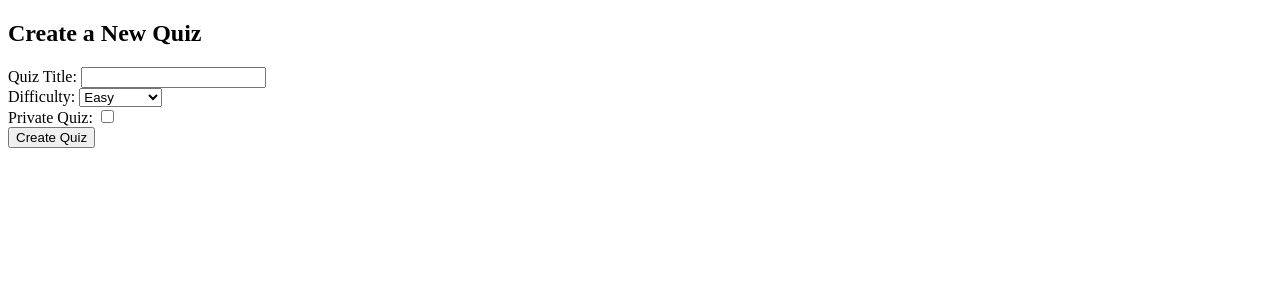
Repository: IlyessMou/Group
Page: http://localhost/quizzapp/WEB-INF/createQuiz.jsp
These files come from the project's save history. The page is drawn as it stood at one moment and after the next save; the edit follows.
The browser window is 1280 px wide. The pictures show the whole page.
The page is served by Tomcat 10. Nobody is signed in. Other server files are loaded and not shown. The template is opened directly, without the code that normally fills it, so the values that code supplies are empty.

Above is the page before, as saved 2024-12-01 03:29:09.

### quizzapp/src/main/webapp/WEB-INF/createQuiz.jsp
<%@ page language="java" contentType="text/html; charset=UTF-8"
    pageEncoding="UTF-8"%>
    <%@ taglib prefix = "c" uri = "http://java.sun.com/jsp/jstl/core" %>
<!DOCTYPE html>
<html>
<head>
    <meta charset="UTF-8">
    <title>Create Quiz</title>
</head>
<body>
    <h2>Create a New Quiz</h2>
    <form action="/quiz/create" method="POST">
        <div>
            <label>Quiz Title:</label>
            <input type="text" name="title" required />
        </div>
        <div>
            <label>Difficulty:</label>
            <select name="difficulty" required>
                <option value="easy">Easy</option>
                <option value="medium">Medium</option>
                <option value="hard">Hard</option>
                <option value="challenge">Challenge</option>
            </select>
        </div>
        <div>
            <label>Private Quiz:</label>
            <input type="checkbox" name="private" />
        </div>
        <button type="submit">Create Quiz</button>
    </form>

    <c:if test="${not empty quiz}">
        <p>Quiz created successfully! Now you can add questions.</p>
        <a href="/quiz/${quiz.id}/add-questions">Go to Add Questions</a>
    </c:if>
</body>
</html>

After the next save:
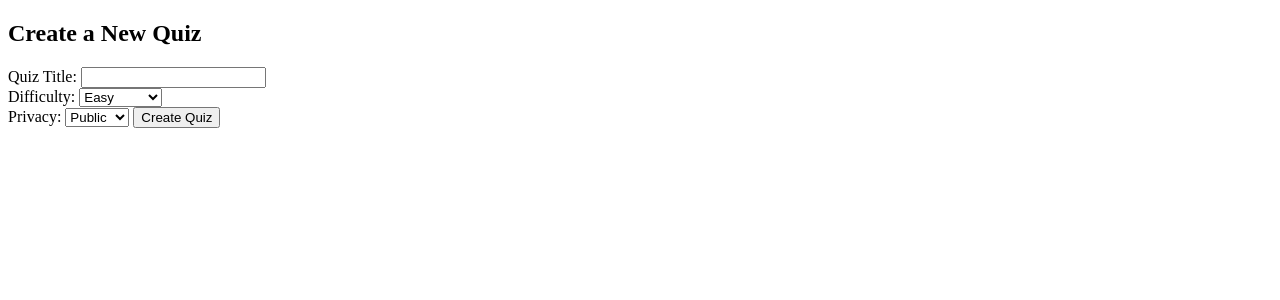
Saved 31 s later.
--- a/quizzapp/src/main/webapp/WEB-INF/createQuiz.jsp
+++ b/quizzapp/src/main/webapp/WEB-INF/createQuiz.jsp
@@ -23,10 +23,11 @@
                 <option value="challenge">Challenge</option>
             </select>
         </div>
-        <div>
-            <label>Private Quiz:</label>
-            <input type="checkbox" name="private" />
-        </div>
+        <label>Privacy:</label>
+    <select name="isPrivate">
+        <option value="false">Public</option>
+        <option value="true">Private</option>
+    </select>
         <button type="submit">Create Quiz</button>
     </form>
 
